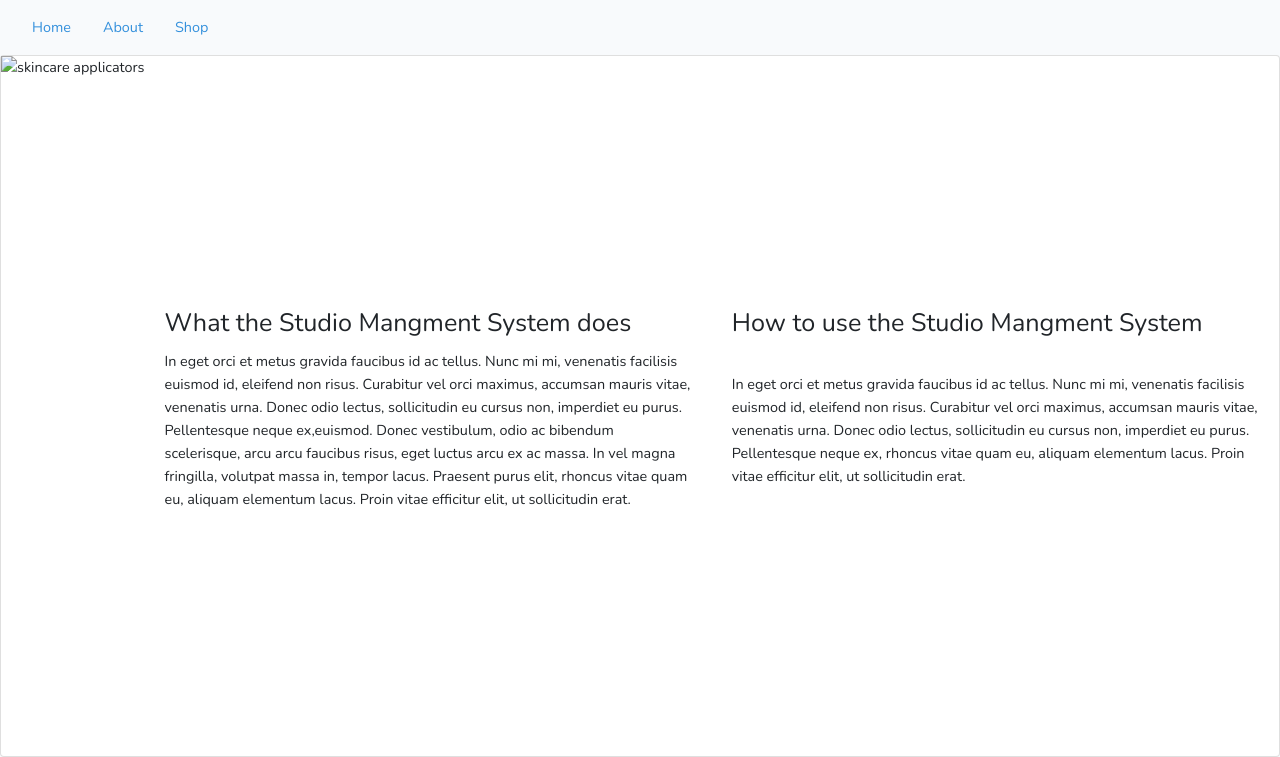
Repository: littae2/simplicite
Page: http://localhost/shop
The author's editor kept a copy of each file at every save. The page is drawn from the files as they stood at one save, then again after the next save.
The browser window is 1280 px wide. The pictures show the whole page.
Some web libraries are served in a nearby version. The page is served by the project's Laravel application, run on PHP 8.4 with Laravel 8. Other server files are loaded and not shown.

Above is the page before, as saved 2021-08-13 14:56:59.

### Project/routes/web.php
<?php

use Illuminate\Support\Facades\Route;

/*
|--------------------------------------------------------------------------
| Web Routes
|--------------------------------------------------------------------------
|
| Here is where you can register web routes for your application. These
| routes are loaded by the RouteServiceProvider within a group which
| contains the "web" middleware group. Now create something great!
|
*/

Route::get('/', function () {
    return view('home.index');
});

Route::get('/about', function () {
    return view('about.index');
});
Route::get('/shop', function () {
    return view('shop.index');
});

### Project/resources/views/shop/index.blade.php
@extends('layouts.layout')
@section('title', 'Welcome')
@section('content')
<div class="pageContent">

<!-- @if(Auth::check())
<div> you are logged in </div>
@else
<div> please login</div>
@endif -->

  <div class="card d-flex flex-row justify-content-between align-items-center w-90 home">
  <img src="{{url('img/product2.jpg')}}" alt="skincare applicators" class="headerImg">
    <div class="card-body w-25 ">

      <br>
      <h3 class="card-title">What the Studio Mangment System does</h3>

      <p>In eget orci et metus gravida faucibus id ac tellus. Nunc mi mi, venenatis facilisis euismod id, eleifend non risus.
        Curabitur vel orci maximus, accumsan mauris vitae, venenatis urna. Donec odio lectus, sollicitudin eu cursus non, imperdiet eu purus.
        Pellentesque neque ex,euismod. Donec vestibulum, odio ac bibendum scelerisque, arcu arcu faucibus risus, eget luctus arcu ex ac massa. In vel magna fringilla, volutpat massa in, tempor lacus.
        Praesent purus elit, rhoncus vitae quam eu, aliquam elementum lacus. Proin vitae efficitur elit, ut sollicitudin erat.</p>

    </div>
    <div class=" card-body w-25">

      <h3 class="card-title">How to use the Studio Mangment System</h3>
      <br>
      <p>In eget orci et metus gravida faucibus id ac tellus. Nunc mi mi, venenatis facilisis euismod id, eleifend non risus.
        Curabitur vel orci maximus, accumsan mauris vitae, venenatis urna. Donec odio lectus, sollicitudin eu cursus non, imperdiet eu purus.
        Pellentesque neque ex, rhoncus vitae quam eu, aliquam elementum lacus. Proin vitae efficitur elit, ut sollicitudin erat.</p>

    </div>

  </div>
</div>
@endsection

### Project/resources/views/layouts/layout.blade.php
<!--This is the Main layout page-->
<!DOCTYPE html>
<html lang="en">
<head>
    <meta charset="UTF-8">
        <!-- CSRF Token -->
    <meta name="csrf-token" content="mlxnBRgEB1AbPWkhP1fOm5sUhDzONcfLGmqMOlHY">
    <meta name="viewport" content="width=device-width, initial-scale=1.0">

    <script src="https://kit.fontawesome.com/b07d89ef49.js" crossorigin="anonymous"></script>

    <!--  JQUEURY-->
    <script src="https://code.jquery.com/jquery-3.1.0.min.js"></script>

    <!--  BS -->
    <link rel="stylesheet" href="{{asset('css/simplicite.css')}}">
    <link rel="stylesheet" href="{{asset('css/app.css')}}">

    <!--JS -->




</head>
<body>

  @include('layouts.navbar')

<!-- Fonts -->
<link href="https://fonts.googleapis.com/css?family=Nunito:200,600" rel="stylesheet">

@yield('content')
</body>
</html>

### Project/resources/views/layouts/navbar.blade.php
<!-- <div class= "nav">
      <a class="nav-link" href="{{url('/welcome')}}">Home</a>
      <a class="nav-link" href="{{url('/view-cohorts')}}">Cohort</a>
      <a class="nav-link" href="{{url('/students')}}">Students</a>
      <a class="nav-link" href="{{url('/upload')}}">Upload</a>
      <a class="nav-link" href="{{url('/enrolment')}}">Enrollment</a>
</div> -->
<script src="https://code.jquery.com/jquery-3.2.1.slim.min.js" integrity="sha384-KJ3o2DKtIkvYIK3UENzmM7KCkRr/rE9/Qpg6aAZGJwFDMVNA/GpGFF93hXpG5KkN" crossorigin="anonymous"></script>
<script src="https://cdnjs.cloudflare.com/ajax/libs/popper.js/1.12.9/umd/popper.min.js" integrity="sha384-ApNbgh9B+Y1QKtv3Rn7W3mgPxhU9K/ScQsAP7hUibX39j7fakFPskvXusvfa0b4Q" crossorigin="anonymous"></script>
<script src="https://maxcdn.bootstrapcdn.com/bootstrap/4.0.0/js/bootstrap.min.js" integrity="sha384-JZR6Spejh4U02d8jOt6vLEHfe/JQGiRRSQQxSfFWpi1MquVdAyjUar5+76PVCmYl" crossorigin="anonymous"></script>


<div class="nav">
  <div class="col-md-12 school-options-dropdown text-center nav-link">

    <div class="nav">
      <a class="nav-link" href="{{url('/')}}">Home</a>
      <a class="nav-link" href="{{url('/about')}}">About</a>
      <a class="nav-link" href="{{url('/shop')}}">Shop</a>



    </div>
  </div>
</div>
</div>

### Project/public/css/simplicite.css
.headerImg {
    width: -moz-available;
    background-position-y: 80%;
    display: flex;
    height: 700px;
    background-size: cover; /* or contain depending on what you want */
    background-repeat: no-repeat;
    text-align: center;
    margin: auto;
    padding: 0;
}

Loaded but not shown: Project/public/css/app.css (library)

After the next save:
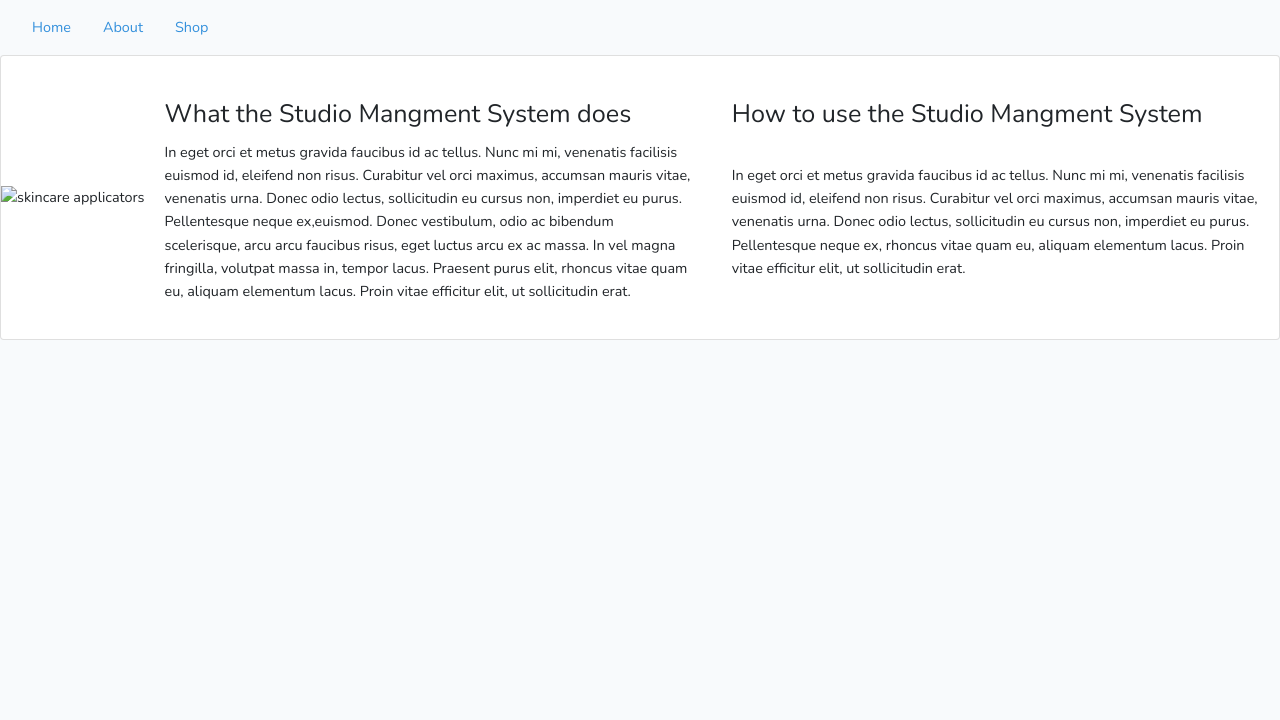
Saved 24 s later.
--- a/Project/public/css/simplicite.css
+++ b/Project/public/css/simplicite.css
@@ -2,7 +2,7 @@
     width: -moz-available;
     background-position-y: 80%;
     display: flex;
-    height: 700px;
+
     background-size: cover; /* or contain depending on what you want */
     background-repeat: no-repeat;
     text-align: center;
